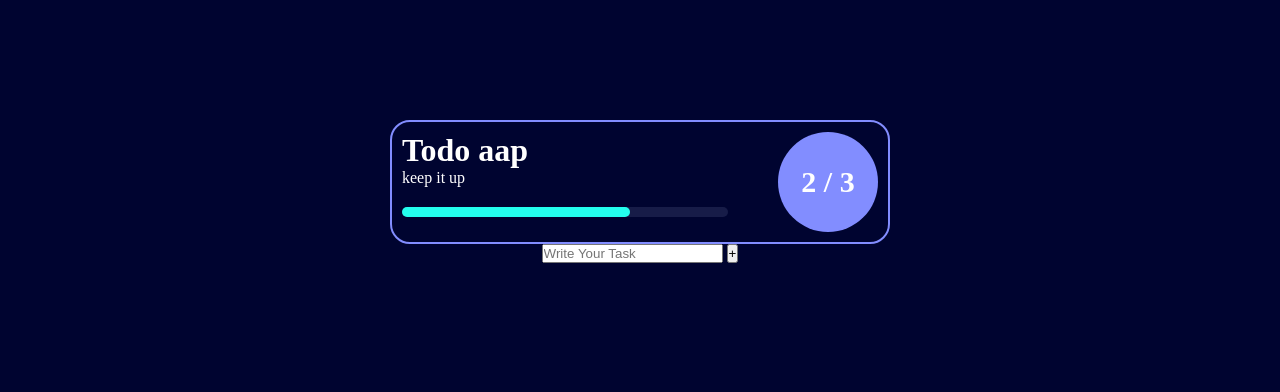
Repository: rajkapoor763-arch/first-work
Page: index.html
These files come from the project's save history. The page is drawn as it stood at one moment and after the next save; the edit follows.
The browser window is 1280 px wide. The pictures show the whole page.

Above is the page before, as saved 2025-09-15 21:12:53.

### index.html
<!DOCTYPE html>
<html lang="en">
<head>
    <meta charset="UTF-8">
    <meta name="viewport" content="width=device-width, initial-scale=1.0">
    <title>TO DO LIST</title>
    <link rel="stylesheet" href="style.css">
</head>
<body>
    <div class="container">
        <div class="stats-container">
            <div class="details">
                <h1>Todo aap</h1>
                <p>keep it up</p>
                <div id="progressbar">
                    <div id="progress"></div>


                </div>

            </div>

         <div class="stats-number">
            <p id="numbers">2 / 3</p>
        </div>
    </div>
    <form action="">
        <input type="text" placeholder="Write Your Task">
        <button type="submit">+</button>
    </form>
    <ul class="task-list"></ul>
</div>
<script src="app.js"></script>

</body>
</html>

### style.css
*{
    margin:0;
    padding:0;
    box-sizing:border-box;
}
:root{
    --background:#000430;
    --secondarybackground:#171c48;
    --text:#fff;
    --purple:#828dff;
    --teal:#24feee;
}
body{
    background-color:var(--background);
    color:var(--text);
}
.container{
    display:flex;
    flex-direction:column;
    align-items:center;
    justify-content:center;
    margin-top:120px;
    margin:120px auto 0 auto;
    max-width:500px;

}
.stats-container{
    padding:10px;
    border-radius:20px;
    border:2px solid var(--purple);
    display:flex;
    justify-content:space-between;
    gap:50px;
    width:100%;
}
.details{
    width:100%;
}
#progressbar{
    width:100%;
    height:10px;
    background-color:var(--secondarybackground);
    border-radius:5px;
    margin-top:20px;

}
#progress{
    width:70%;
    height:10px;
    background-color:var(--teal);
    border-radius:10px;
    transition:all 0.3s ease;
}
#numbers{
    width:100px;
    height:100px;
    background-color: var(--purple);
    display:flex;
    align-items:center;
    justify-content:center;
    border-radius:50%;
    font-size:30px;
    font-weight:bold;

}

Loaded but not shown: app.js (no copy from this time; the picture is the same without it)

After the next save:
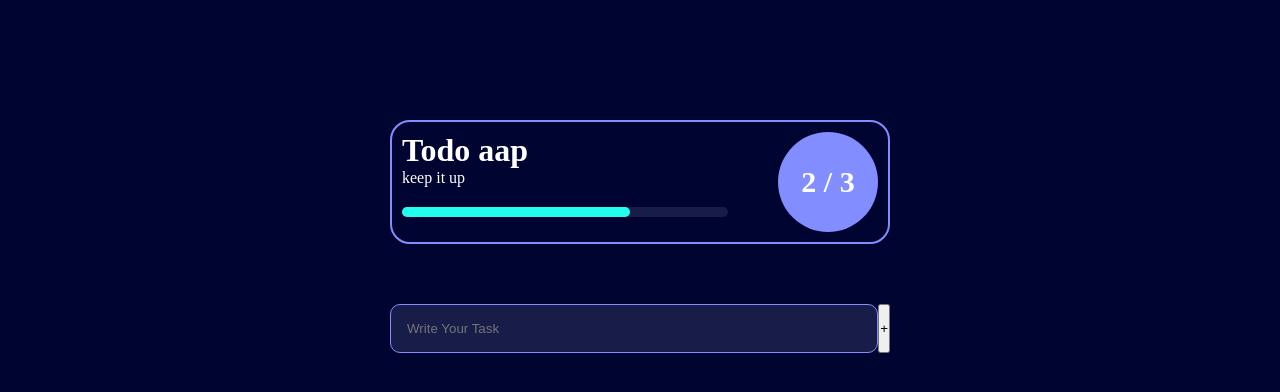
Saved 4 min 21 s later.
--- a/style.css
+++ b/style.css
@@ -63,3 +63,16 @@ body{
     font-weight:bold;
 
 }
+form{
+    margin-top:60px;
+    width:100%;
+    display:flex;
+
+}
+input{
+    flex:1;
+    padding:16px;
+    background:var(--secondarybackground);
+    border:1px solid var(--purple);
+    border-radius:10px;
+}
